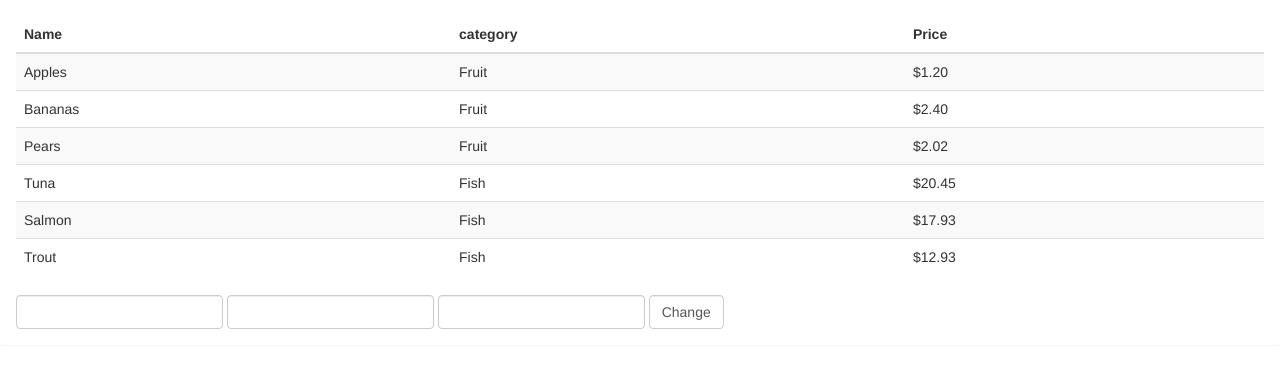
Repository: chisun-joung/workplace
Page: angularJS/WebContent/Chap17_CustomDirective/P517_Compile.html
The author's editor kept a copy of each file at every save. The page is drawn from the files as they stood at one save, then again after the next save.
The browser window is 1280 px wide. The pictures show the whole page.
Some web libraries are served in a nearby version.

Above is the page before, as saved 2016-12-01 01:35:37.

### angularJS/WebContent/Chap17_CustomDirective/P517_Compile.html
<!DOCTYPE html>
<html ng-app="exampleApp">
<head>
	<title>Compile Function</title>
	<script src="https://ajax.googleapis.com/ajax/libs/angularjs/1.2.9/angular.js"></script>
	<link href="bootstrap.css" rel="stylesheet" />
	<link href="bootstrap-theme.css" rel="stylesheet" />
	<script type="text/javascript">
		angular.module("exampleApp", [])
			.controller("defaultCtrl", function ($scope) {
				$scope.products = [
					{ name: "Apples", category: "Fruit", price: 1.20 },
					{ name: "Bananas", category: "Fruit", price: 2.4 },
					{ name: "Pears", category: "Fruit", price: 2.02},

					{ name: "Tuna", category: "Fish", price: 20.45 },
					{ name: "Salmon", category: "Fish", price: 17.93 },
					{ name: "Trout", category: "Fish", price: 12.93},
				];

				$scope.addProduct = function(product){
					$scope.products.push(product);
				}

			})
			.directive("simpleRepeater", function () {
				return {
					restrict: 'AE',

				}
			});
	</script>
</head>
<body ng-controller="defaultCtrl" class="panel panel-body" >

	<div class="panel-default">
		<table class="table table-striped">
			<thead>
				<tr>
					<th>Name</th>
					<th>category</th>
					<th>Price</th>
				</tr>
			</thead>
			<tbody>
				<tr ng-repeat="item in products">
					<td>{{item.name}}</td>
					<td>{{item.category}}</td>
					<td>{{item.price | currency}}</td>
				</tr>
			</tbody>
		</table>
	</div>


	<div class="form-inline panel-default">
		<div class="form-group">
			<input type="text" class="form-control" ng-model="product.name">
		</div>
		<div class="form-group">
			<input type="text" class="form-control" ng-model="product.category">
		</div>
		<div class="form-group">
			<input type="text" class="form-control" ng-model="product.price">
		</div>
		<div class="form-group">
			<button id="btn" class="form-control" ng-click="addProduct(product)">Change</button>
		</div>
	</div>
</body>
</html>

Loaded but not shown: angularJS/WebContent/Chap17_CustomDirective/bootstrap.css (library); angularJS/WebContent/Chap17_CustomDirective/bootstrap-theme.css (library)

After the next save:
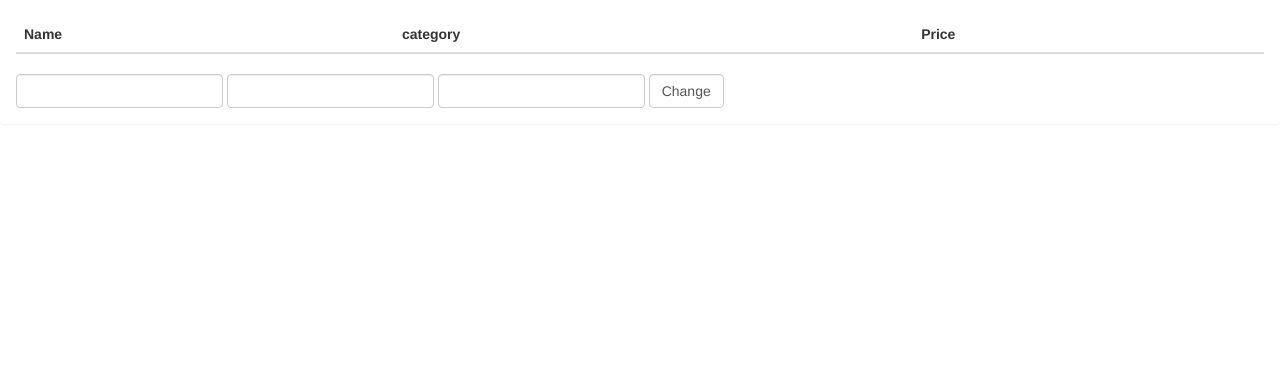
Saved 9 min 5 s later.
--- a/angularJS/WebContent/Chap17_CustomDirective/P517_Compile.html
+++ b/angularJS/WebContent/Chap17_CustomDirective/P517_Compile.html
@@ -26,6 +26,18 @@
 			.directive("simpleRepeater", function () {
 				return {
 					restrict: 'AE',
+					scope: {
+						products: "="
+					},
+					transclude: 'element',
+					compile: function(element, attrs, transFn){
+
+						return function(scope, element, attrs, ctrl) {
+							transFn(scope, function(clone){
+								console.log(clone)
+							})
+						}
+					}
 
 				}
 			});
@@ -43,7 +55,7 @@
 				</tr>
 			</thead>
 			<tbody>
-				<tr ng-repeat="item in products">
+				<tr simple-repeater products="products">
 					<td>{{item.name}}</td>
 					<td>{{item.category}}</td>
 					<td>{{item.price | currency}}</td>
